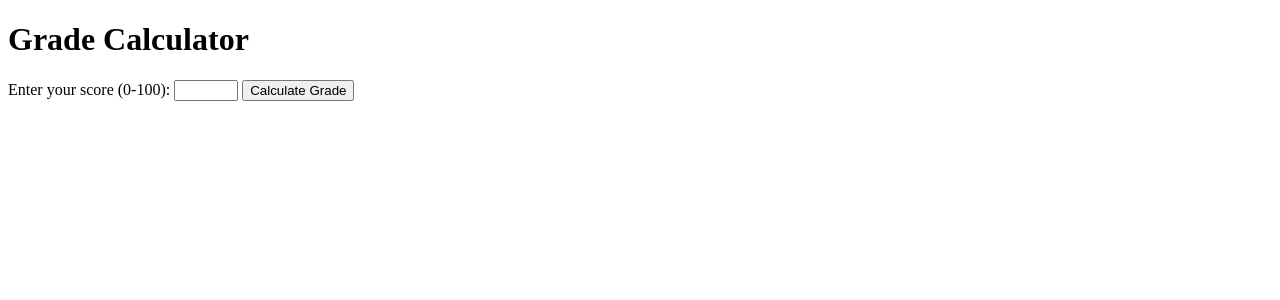
Repository: Rahim-Ullah/hexoforge-bootcamp
Page: phase-2-js-basic/grade-calculator.html
The author's editor kept a copy of each file at every save. The page is drawn from the files as they stood at one save, then again after the next save.
The browser window is 1280 px wide. The pictures show the whole page.

Above is the page before, as saved 2025-09-06 13:34:12.

After the next save:
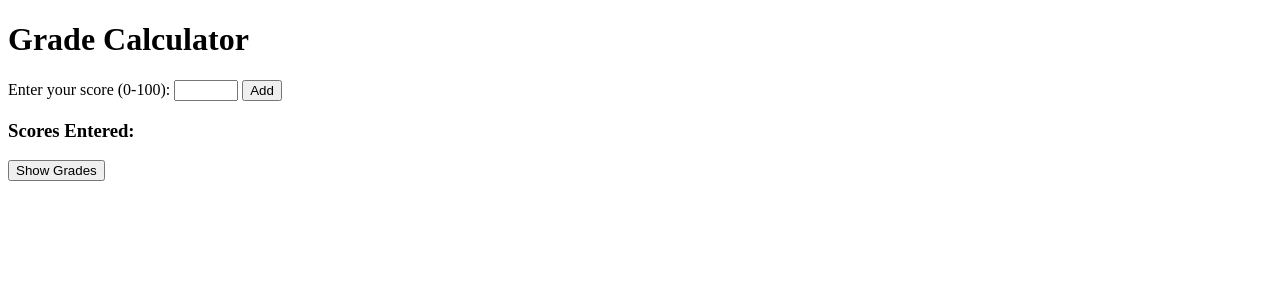
Saved 5 min 2 s later.
--- a/phase-2-js-basic/grade-calculator.html
+++ b/phase-2-js-basic/grade-calculator.html
@@ -9,44 +9,72 @@
 
 <body>
     <h1>Grade Calculator</h1>
-    <form id="gradeForm">
+    <form id="scoreForm" onsubmit="return false;">
         <label for="score">Enter your score (0-100):</label>
         <input type="number" id="score" name="score" min="0" max="100" required>
-        <button type="submit">Calculate Grade</button>
+        <button type="button" id="addScoreBtn">Add</button>
     </form>
+    <h3>Scores Entered:</h3>
+    <ul id="scoreList"></ul>
+    <button id="showGradesBtn">Show Grades</button>
     <p id="result"></p>
 
     <script>
-        //create a grade calculator that take multiple test scores[array of inputs like we have 6 papers so six input that way] and return the average, highest and lowest grade with showing success message, failure message and warning message, with showing their respective colors and returned grades
-        //take the array of inputs and calculate the average, highest and lowest grade and also show the scores as user input show it in the result
-        document.getElementById('gradeForm').addEventListener('submit', function (event) {
-            event.preventDefault();
-            const score = parseFloat(document.getElementById('score').value);
-            const result = document.getElementById('result');
+        const scores = [];
+        const scoreInput = document.getElementById('score');
+        const scoreList = document.getElementById('scoreList');
+        const result = document.getElementById('result');
+        const addScoreBtn = document.getElementById('addScoreBtn');
+        const showGradesBtn = document.getElementById('showGradesBtn');
 
-            if (isNaN(score) || score < 0 || score > 100) {
+        function updateScoreList() {
+            scoreList.innerHTML = '';
+            scores.forEach((score, idx) => {
+                const li = document.createElement('li');
+                li.textContent = `Score ${idx + 1}: ${score}`;
+                scoreList.appendChild(li);
+            });
+        }
+
+        addScoreBtn.addEventListener('click', function () {
+            const val = parseFloat(scoreInput.value);
+            if (isNaN(val) || val < 0 || val > 100) {
                 result.textContent = 'Please enter a valid score between 0 and 100.';
                 result.style.color = 'red';
                 return;
             }
+            scores.push(val);
+            updateScoreList();
+            result.textContent = '';
+            scoreInput.value = '';
+            scoreInput.focus();
+        });
 
-            let grade;
-            let message;
-            let color;
+        showGradesBtn.addEventListener('click', function () {
+            if (scores.length === 0) {
+                result.textContent = 'Please add at least one score.';
+                result.style.color = 'red';
+                return;
+            }
+            const avg = (scores.reduce((a, b) => a + b, 0) / scores.length).toFixed(2);
+            const max = Math.max(...scores);
+            const min = Math.min(...scores);
 
-            if (score >= 90) {
+            // Determine grade and message based on average
+            let grade, message, color;
+            if (avg >= 90) {
                 grade = 'A';
                 message = 'Excellent work!';
                 color = 'green';
-            } else if (score >= 80) {
+            } else if (avg >= 80) {
                 grade = 'B';
                 message = 'Good job!';
                 color = 'blue';
-            } else if (score >= 70) {
+            } else if (avg >= 70) {
                 grade = 'C';
                 message = 'You passed.';
                 color = 'orange';
-            } else if (score >= 60) {
+            } else if (avg >= 60) {
                 grade = 'D';
                 message = 'You need to improve.';
                 color = 'purple';
@@ -56,10 +84,15 @@
                 color = 'red';
             }
 
-            result.textContent = `Your grade is ${grade}. ${message}`;
+            result.innerHTML = `
+                <strong>Average Score:</strong> ${avg}<br>
+                <strong>Highest Score:</strong> ${max}<br>
+                <strong>Lowest Score:</strong> ${min}<br>
+                <strong>Grade:</strong> ${grade}<br>
+                <span>${message}</span>
+            `;
             result.style.color = color;
         });
-
     </script>
 </body>
 
